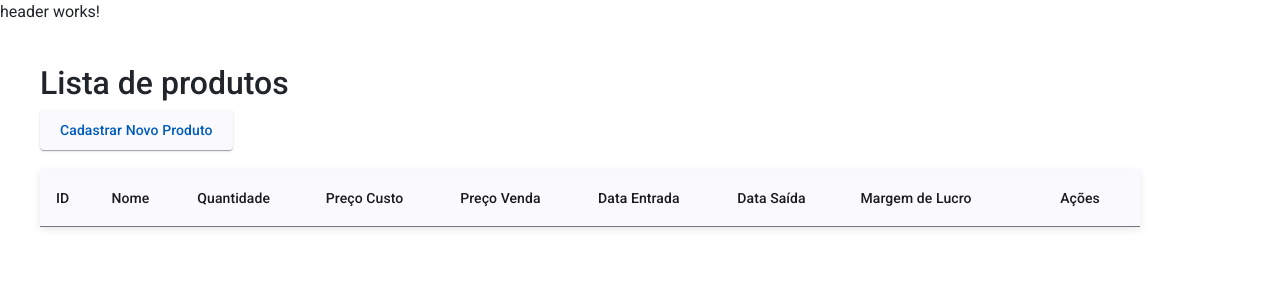
Repository: andreGattermeyer/Cadastro-Produtos-Angular
Page: /lista-produtos (app in frontend/cadastro-produtos/)
These files come from the project's save history. The page is drawn as it stood at one moment and after the next save; the edit follows.
The browser window is 1280 px wide. The pictures show the whole page.
The page's requests for data from a server got no answer. The project was rebuilt for these pictures with package versions that can differ from the ones it lists, and the page was loaded fresh each time. No one was signed in, and anything a server would have sent is missing. Also part of the build but not shown: frontend/cadastro-produtos/angular.json, frontend/cadastro-produtos/src/app/componentes/home/home.component.ts, frontend/cadastro-produtos/src/app/componentes/produtos/produtos.component.ts.

Above is the page before, as saved 2025-04-23 09:01:29.

After the next save:
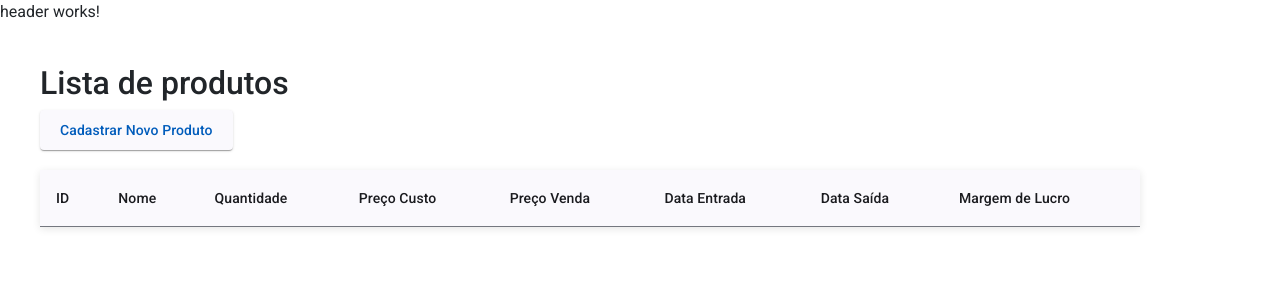
Saved 90 s later.
--- a/frontend/cadastro-produtos/src/app/componentes/lista-produtos/lista-produtos.component.ts
+++ b/frontend/cadastro-produtos/src/app/componentes/lista-produtos/lista-produtos.component.ts
@@ -25,7 +25,7 @@
 })
 export class ListaProdutosComponent implements OnInit {
   produtos: Produto[] = [];
-  displayedColumns: string[] = ['id', 'nomeProduto', 'quantidade', 'precoCusto', 'precoVenda', 'dataEntrada', 'dataSaida', 'margemLucro', 'acoes'];
+  displayedColumns: string[] = ['id', 'nomeProduto', 'quantidade', 'precoCusto', 'precoVenda', 'dataEntrada', 'dataSaida', 'margemLucro'];
 
   constructor(
     private produtoService: ProdutoService,
@@ -39,11 +39,8 @@
   carregarProdutos() {
     this.produtoService.buscarTodosProdutos().subscribe(
       (data) => {
-        this.produtos = data.map(produto => ({
-          ...produto,
-          dataEntrada: produto.dataEntrada ? new Date(produto.dataEntrada) : null,
-          dataSaida: produto.dataSaida ? new Date(produto.dataSaida) : null
-        }));
+        console.log('Produtos carregados:', data); // Adicione este log
+        this.produtos = data;
       },
       (error) => {
         console.error('Erro ao carregar produtos:', error);
@@ -60,49 +57,6 @@
 
   formatarData(data: any): string {
     if (!data) return '';
-
-    try {
-      // Convert string date to Date object if it's a string
-      const dateObj = typeof data === 'string' ? new Date(data) : data;
-
-      // Check if date is valid
-      if (isNaN(dateObj.getTime())) {
-        return '';
-      }
-
-      return this.datePipe.transform(dateObj, 'dd/MM/yyyy HH:mm:ss') || '';
-    } catch (error) {
-      console.error('Error formatting date:', error);
-      return '';
-    }
-  }
-
-  atualizarProduto(produto: Produto) {
-    this.produtoService.atualizarProduto(produto.id, produto).subscribe(
-      (response) => {
-        console.log('Produto atualizado com sucesso!', response);
-        this.carregarProdutos();
-      },
-      (error) => {
-        console.error('Erro ao atualizar produto:', error);
-        alert('Erro ao atualizar o produto. Por favor, tente novamente.');
-      }
-    );
-  }
-
-  reduzirQuantidade(produto: Produto) {
-    const quantidade = prompt('Digite a quantidade a ser reduzida:');
-    if (quantidade && !isNaN(Number(quantidade))) {
-      this.produtoService.reduzirQuantidade(produto.id, Number(quantidade)).subscribe(
-        (response) => {
-          console.log('Quantidade reduzida com sucesso!', response);
-          this.carregarProdutos();
-        },
-        (error) => {
-          console.error('Erro ao reduzir quantidade:', error);
-          alert('Erro ao reduzir a quantidade. Por favor, tente novamente.');
-        }
-      );
-    }
+    return this.datePipe.transform(data, 'dd/MM/yyyy HH:mm:ss') || '';
   }
 }

After the save that followed:
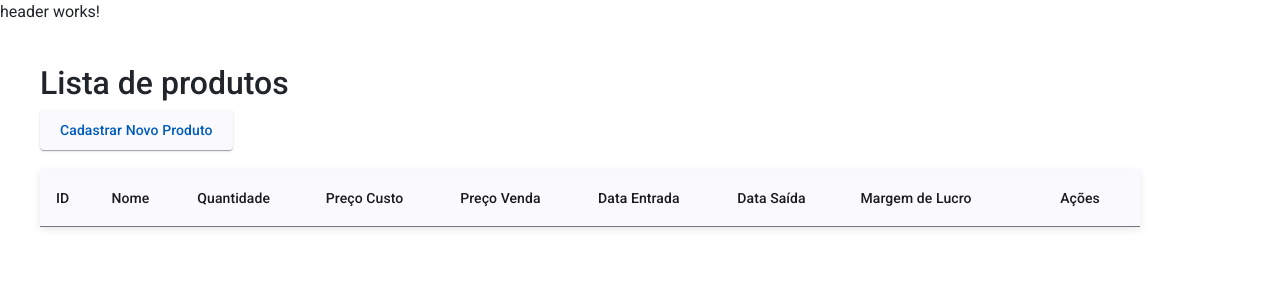
Saved 90 s later.
--- a/frontend/cadastro-produtos/src/app/componentes/lista-produtos/lista-produtos.component.ts
+++ b/frontend/cadastro-produtos/src/app/componentes/lista-produtos/lista-produtos.component.ts
@@ -25,7 +25,7 @@
 })
 export class ListaProdutosComponent implements OnInit {
   produtos: Produto[] = [];
-  displayedColumns: string[] = ['id', 'nomeProduto', 'quantidade', 'precoCusto', 'precoVenda', 'dataEntrada', 'dataSaida', 'margemLucro'];
+  displayedColumns: string[] = ['id', 'nomeProduto', 'quantidade', 'precoCusto', 'precoVenda', 'dataEntrada', 'dataSaida', 'margemLucro', 'acoes'];
 
   constructor(
     private produtoService: ProdutoService,
@@ -59,4 +59,25 @@
     if (!data) return '';
     return this.datePipe.transform(data, 'dd/MM/yyyy HH:mm:ss') || '';
   }
+
+  reduzirQuantidade(produto: Produto) {
+    const quantidade = prompt('Digite a quantidade a ser reduzida:');
+    if (quantidade && !isNaN(Number(quantidade))) {
+      this.produtoService.reduzirQuantidade(produto.id, Number(quantidade)).subscribe(
+        (response) => {
+          console.log('Quantidade reduzida com sucesso!', response);
+          this.carregarProdutos();
+        },
+        (error) => {
+          console.error('Erro ao reduzir quantidade:', error);
+          alert('Erro ao reduzir a quantidade. Por favor, tente novamente.');
+        }
+      );
+    }
+  }
+
+  atualizarProduto(produto: Produto) {
+    // Navegar para a página de edição com o ID do produto
+    window.location.href = `/produtos/editar/${produto.id}`;
+  }
 }
